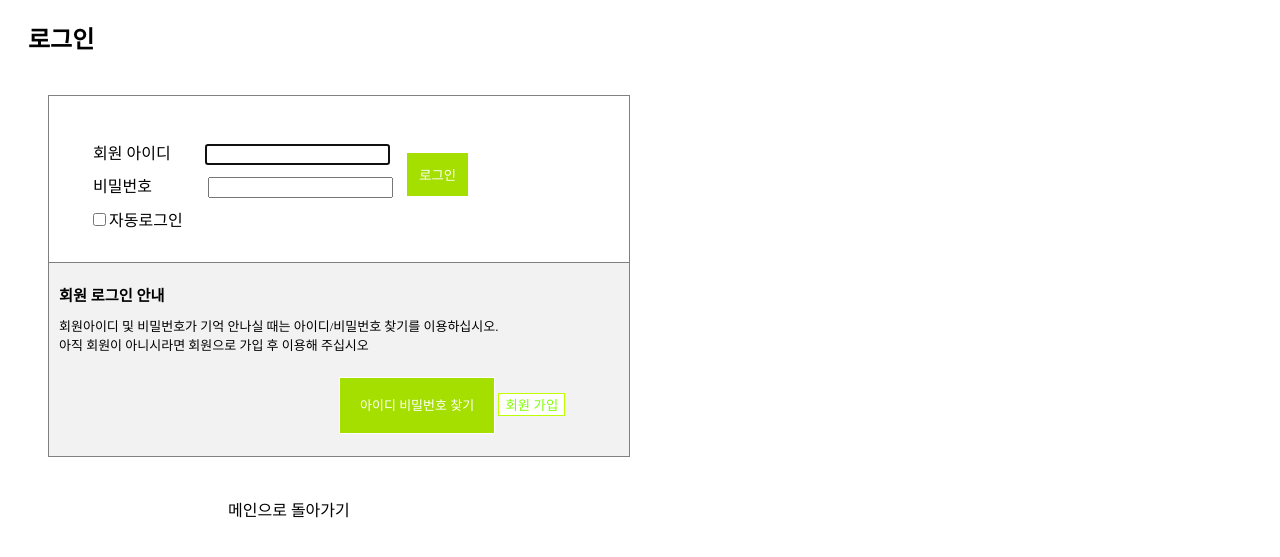
Repository: ks12b0000/JSP-School-Class
Page: chap10_JSP/src/main/webapp/Test/loginWrite.html
An editor plug-in stored every save of this project. The page is shown before and after the next save, followed by the edit.
The browser window is 1280 px wide. The pictures show the whole page.

Above is the page before, as saved 2022-06-04 12:35:42.

### chap10_JSP/src/main/webapp/Test/loginWrite.html
<!DOCTYPE html>
<html>
<head>
	<meta charset="UTF-8">
	<meta name="viewport" content="width=device-width, initial-scale=1.0">
	<title>로그인</title>
	<link rel="stylesheet" href="loginWrite.css" />
	<script>
function loginChk() {
    var form = document.f1;
    if (!form.user_id.value) {
        alert("아이디를 입력해 주십시오.");
        form.user_id.focus();
        return;
    }

    if (!form.user_pw.value) {
        alert("비밀번호를 입력해 주십시오.");
        form.user_pw.focus();
        return;
    }
    form.submit();
}
    </script>
</head>
<body>
	<h2>로그인</h2>
	<div class="login1">
	<form name="f1" method="post">
	<div id="id" >
		<label for="user_id">회원 아이디</label> <input type="text" id="user_id" name="user_id" autofocus/><br/>
	</div>
	<div id="pw">
		<label for="user_pw">비밀번호</label> <input type="password" id="user_pw" name="user_pw"/>
	</div>
	<div id="login_Bt">
		<input type="submit" value="로그인" onclick="loginChk()"/><br/>
	</div>
	</form>
	<form id="login_Ck">
		<input type="checkbox" id="Auto-Login" /><label for="Auto-Login">자동로그인</label>
	</form>
	</div>
	<div class="login2">
		<h3>회원 로그인 안내</h3><br/>
		<p>회원아이디 및 비밀번호가 기억 안나실 때는 아이디/비밀번호 찾기를 이용하십시오.<br/>
		아직 회원이 아니시라면 회원으로 가입 후 이용해 주십시오</p><br/>
		<form>
			<a href="findMemberInfo.html"  id="idpw_bt" onclick="window.open(this.href, '_blank', 'width=800', 'height=600');return false;">아이디 비밀번호 찾기</a>
			<a href="memberWriteSub.html"><input id="signup" type="button" value="회원 가입" /></a><br/>
		</form>
	</div>

	<a href="http://localhost:8080/chap10_JSP/Test/loginWrite.html" id="mainback">메인으로 돌아가기</a>
</body>
</html>

### chap10_JSP/src/main/webapp/Test/loginWrite.css
@charset "UTF-8";
	body h2 {
		margin-left: 20px;
	}
	.login1 {
		width: 500px;
		border: 1px solid gray;
		margin: 40px;
		padding: 40px;

	}
	.login1 #id {
		width: 400px;

		padding: 4px;
	}
	.login1 #id input {

		margin-left: 30px;
	}
	.login1 #pw {

		padding: 4px;
	}
	.login1 #pw input {

		margin-left: 52px;
	}
	.login1 #login_Bt {
		text-align: right;
		margin-top: -50px;
		margin-right: 120px;
	}
	.login1 #login_Bt input {
		margin-left: 5px;
		padding: 12px;
		border: 1px solid white;
		background-color: #A5DF00;
		color: white;
	}
	.login1 #login_Ck {
		margin-top: 10px;
	}
	.login2 {
		border: 1px solid gray;
		font-size: 13px;
		background-color: #F2F2F2;
		width: 500px;
		margin: 40px;
		padding: 40px;
		margin-top: -50px;

	}
	.login2 h3 {
		margin-top: -20px;
		margin-left: -30px;
	}
	.login2 p {
		margin-top: -20px;
		margin-left: -30px;
	}
	.login2 form {
		margin-top: 10px;
		margin-left: 250px;

	}
	.login2 #idpw_bt {
		border: 1px solid white;
		background-color: #A5DF00;
		text-decoration:none;
		padding: 20px;
		color: white;
	}
	.login2 #signup {
		border: 1px solid #BFFF00;
		background-color: white;
		color: #80FF00;
	}
	body #mainback {
		margin-left: 220px;
		text-decoration: none;
		color: black;
	}
	body #em2 {
		border-top: 1px solid gray;
		margin-left: 20px;
		padding-top: 15px;
	}
	#email1 {
		margin-left: 20px;
		font-size: 19px;
	}
	#email1 input {
		width: 500px;
		height: 30px;
	}
	.button {
		margin-top: 40px;
		margin-left: 250px;
	}
	.button #Confirm {
		margin-left: 5px;
		padding: 12px;
		width: 150px;
		border: 1px solid white;
		background-color: #A5DF00;
		color: white;
	}
	.button #close {
		margin-left: 5px;
		padding: 12px;
		width: 100px;
		border: 1px solid white;
		background-color: #0B3B39;
		color: white;
	}
	body #tm2 {
		color: red;
		text-align: center;
	}
	body #tm3,#tm5 {
		text-align: center;
	}
	body #tm4,#tm6 {
		border: 1px solid black;
		width: 1300px;
		height: 300px;
		background-color: #D8D8D8;
		margin-left: 10px;
	}
	#terms_Ck,#terms_Ck2 {
		text-align: right;
	}
	#signup3 {
		text-align: center;
	}
	#signup3 input {
		margin-left: 5px;
		padding: 12px;
		border: 1px solid white;
		background-color: #A5DF00;
		color: white;
	}
	.button3 {
		text-align: right;
		margin-top: -50px;
		margin-right: 10px;
	}
	.button3 #notebox {
		border: 1px solid #BFFF00;
		background-color: white;
		color: #80FF00;
		padding: 6px;
	}
	.button3 #Revise {
		border: 1px solid #BFFF00;
		background-color: white;
		color: #80FF00;
		padding: 6px;
	}
	.button3 #secession {
		border: 1px solid white;
		background-color: #A5DF00;
		color: white;
		padding: 6px;
	}
	.Profile111 {
		border: 1px solid gray;
		border-collapse: collapse;
		margin-top: 15px;
		width: 100%;
		height: 150px;
		background-color: #FAFAFA;
	}
	.Profile111 #Profile112 {
		border-bottom: 1px solid gray;
	}
	.Profile2 {
		border-top: 3px solid black;
		width: 100%;
		background-color: #F2F2F2;
		height: 50px;
		border-bottom: 1px solid gray;
		margin-top: 20px;
	}
	#hh3 {
		margin-left: 10px;
	}
	.Contents {
		text-align: center;
		margin-top: 100px;
		border-bottom: 1px solid gray;
		height: 100px;
	}
	.menu1 ul {
		background-color: #585858;
		height: 50px;
		margin: 0;
		padding: 0;
		list-style: none;

	}
	.menu1 li {
		float: left;
		border-right: 1px solid #2E2EFE;
	}
	.menu1 li a {
		padding-left: 10px;
		color: white;
		text-decoration: none;
		display: block;
		text-align: center;
		padding: 14px 16px;
	}
	.menu1 #a1 {
		border-left: 1px solid #2E2EFE;
		margin-left: 10px;
	}
	.guide {
		text-align: left;
	}
	.button2 {
		text-align: center;
	}
	.button2 #close2 {
		text-align: center;
		padding: 10px;
		width: 80px;
		border: 1px solid white;
		background-color: #0B4C5F;
		color: white;
	}
	.Profile3 {
		border-top: 3px solid black;
		width: 100%;
		height: 50px;
		margin-top: 20px;
	}
	.Profile3 #id12 {
		margin-top: 20px;
		padding-left:10px;
		padding-top: 10px;
		text-align: left;
		width: 200px;
		background-color: #F2F2F2;
		height: 60px;
	}
	.Profile3 input {
		background-color: #F2F2F2;
		margin-left: 15px;
		margin-top: 10px;
		padding-top: 10px;
		border: 1px solid gray;
		width: 500px;
		text-align: left;
	}
	.Profile3 p {
		font-size: 13px;
		margin-left: 15px;

	}
	.Profile4 {
		border-top: 1px solid gray;
		border-bottom: 1px solid gray;
		width: 100%;
		height: 50px;
	}
	.Profile4 #id13 {
		margin-top: 20px;
		padding-left:10px;
		padding-top: 10px;
		text-align: left;
		width: 200px;
		background-color: #F2F2F2;
		height: 200px;
	}
	.Profile4 #ucontent {
		background-color: #F2F2F2;
		margin-left: 15px;
		margin-top: 10px;
		padding-top: 10px;
		border: 1px solid gray;
		width: 700px;
		height: 200px;
		text-align: left;
	}
	.button12 {
		margin-top: 40px;
		text-align: center;
	}
	.button12 #Confirm12 {
		margin-left: 5px;
		padding: 12px;
		width: 150px;
		border: 1px solid white;
		background-color: #A5DF00;
		color: white;
	}
	.button12 #close12 {
		margin-left: 5px;
		padding: 12px;
		width: 100px;
		border: 1px solid white;
		background-color: #0B3B39;
		color: white;
	}

After the next save:
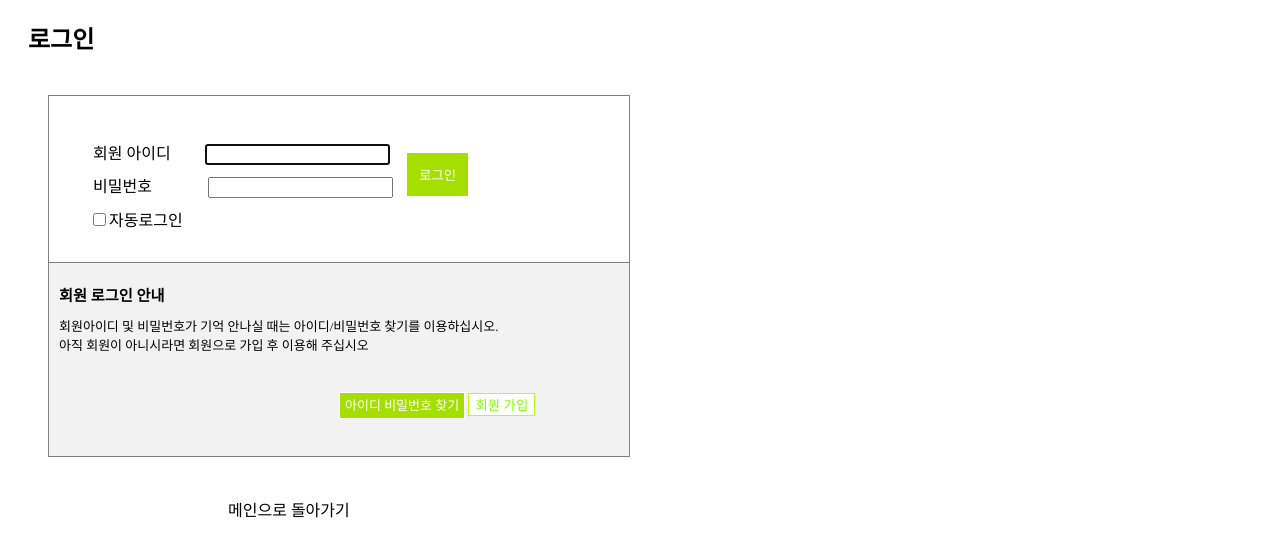
Saved 7 s later.
--- a/chap10_JSP/src/main/webapp/Test/loginWrite.css
+++ b/chap10_JSP/src/main/webapp/Test/loginWrite.css
@@ -68,7 +68,7 @@
 		border: 1px solid white;
 		background-color: #A5DF00;
 		text-decoration:none;
-		padding: 20px;
+		padding: 5px;
 		color: white;
 	}
 	.login2 #signup {
